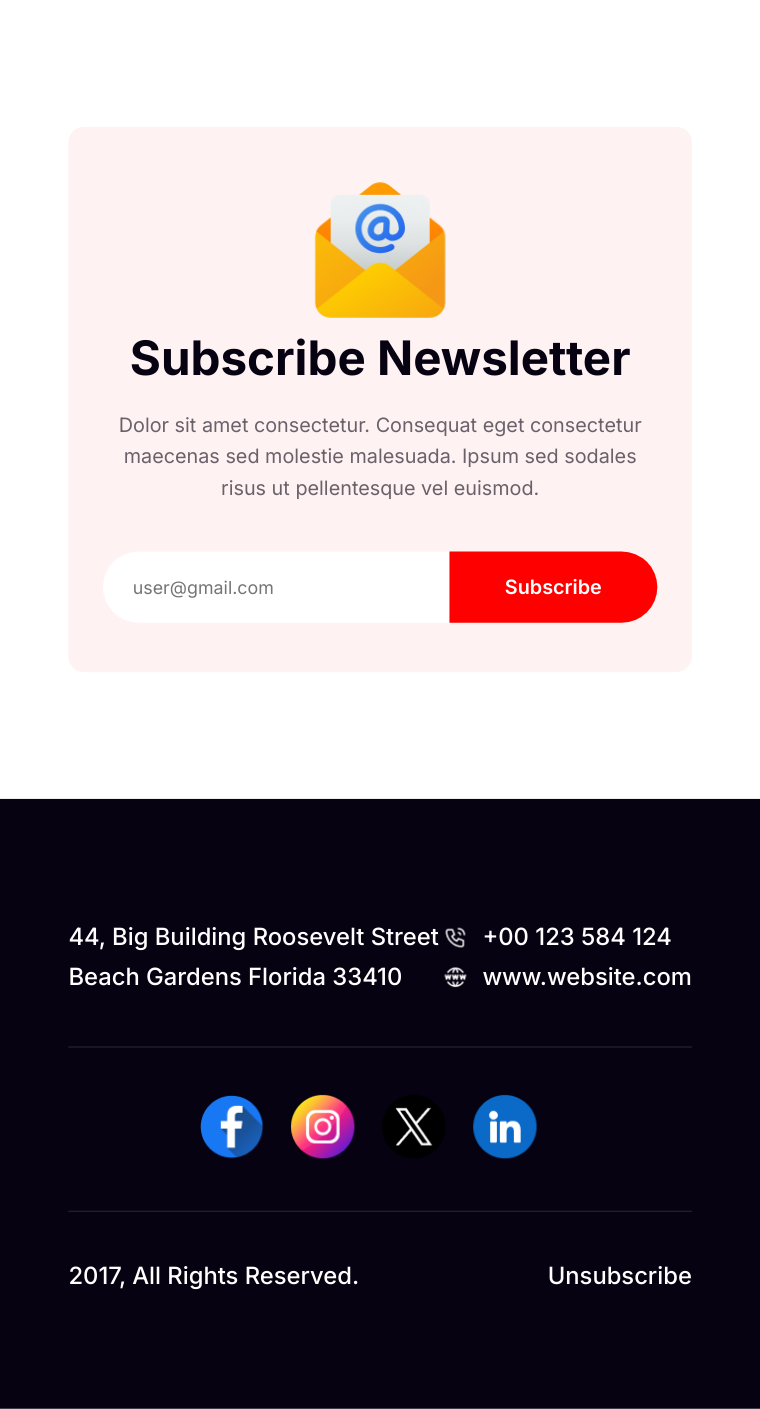
Repository: ShouravAhammed/simple-responsive-new-year
Page: index.html
An editor plug-in stored every save of this project. The page is shown before and after the next save, followed by the edit.
The browser window is 768 px wide. The pictures show the whole page, at 99% of full size.

Above is the page before, as saved 2024-01-11 17:57:37.

### index.html
<!DOCTYPE html>
<html lang="en">
<head>
    <meta charset="UTF-8">
    <meta name="viewport" content="width=device-width, initial-scale=1.0">
    <!-- Title  -->
    <title>New Year 2024</title>
    <!-- favicon icon linked -->
    <link rel="shortcut icon" href="images/New Year Photo.png" type="image/x-icon">
    <!-- style css linked-->
    <link rel="stylesheet" href="Style/style.css">
</head>
<body>
    <!-- header part  -->
    <header class="hide">
        <!-- banner section part -->
        <section id="banner">
            <div class="container">
                <div class="banner-container">
                    <div class="banner-content">
                        <h3 class="celebration">Happy New Year</h3>
                        <h2 class="banner-title">New Year Party Celebration</h2>
                    </div>
                </div>
            </div>
        </section>
    </header>
    <!-- main part -->
    <main>
        <!-- categories section part  -->
            <section id="categories hide" class="hide">
                <div class="container">
                    <div class="categories-container">
                        <h2 class="categories-discount">65% OFF</h2>
                        <p class="primary-summery">OUR HOLIDAY DEALS ARE BETTER</p>
                        <h3 class="categories-title">ALL CATEGORIES</h3>
                        <div class="categories-img">
                            <img id="new-year-img" src="images/New Year Photo.png" alt="Happy New Year">
                        </div>
                    </div>
                </div>
            </section>

            <!-- party-banner section part -->
            <section id="party-banner" class="hide">
                <div class="container">
                    <div class="party-container">
                        <div class="party-content">
                            <h2 class="party-title">Welcome to midnight party</h2>
                            <p class="party-description">Dolor sit amet consectetur. Consequat eget consectetur maecenas sed molestie malesuada. Ipsum sed sodales risus ut pellentesque vel euismod. </p>
                            <button id="join-now-btn">JOIN NOW</button>
                        </div>
                        <img class="party-img" src="images/icon/Group 70.png" alt="party-img">
                    </div>
                </div>
            </section>
            <!-- Announce section part -->
            <section id="announce" class="hide">
                <div class="container">
                    <div class="announce-content">
                        <h4 class="announce-title"><span class="title-color">Place:</span> New Park Hotel</h4>
                        <h4 class="announce-title"><span class="title-color">Date:</span> 31 December Night 2023</h4>
                        <h4 class="announce-title"><span class="title-color">Time:</span> Evening 7.30 pm to 12.30 am</h4>
                        <button class="announce-btn">Join Now</button>
                    </div>
                </div>
            </section>
            <!-- best offer section part -->
            <section id="best-offer" class="hide">
                <div class="container">
                    <div class="best-offer-container">
                        <div class="best-offer-content">
                            <p class="primary-summery">NEW BEST OFFER</p>
                            <h3 class="similer-title">Coming Soon</h3>
                            <p class="similer-description">Dolor sit amet consectetur. Consequat eget consectetur maecenas sed molestie malesuada. Ipsum sed sodales risus ut pellentesque vel euismod. </p>
                        </div>
                        <div class="best-offer-img-content">

                                <img class="best-offer-img" src="images/Ellipse 1.png" alt="best-offer-images">

                        </div>
                        <div class="best-offer-year-content">
                            <h3 class="best-offer-year">2024</h3>
                            <p class="best-offer-description">Dolor sit amet consectetur. Consequat eget consectetur maecenas sed.</p>
                            <img class="best-offer-year-img" src="images/icon/Group 96.png" alt="best-offer-year-img">
                        </div>
                    </div>
                </div>
            </section>
            <!-- holiday section part  -->
            <section id="holiday" class="hide">
                <div class="container">
                    <div class="holiday-container">
                        <div class="holiday-content">
                            <p class="primary-summery">WHAT IS FUNCTIONAL</p>
                        <h3 class="similer-title"><span class="title-color">Holidays</span> Sale 50%</h3>
                        <p class="similer-description">Dolor sit amet consectetur. Consequat eget consectetur maecenas sed molestie malesuada. Ipsum sed
                            sodales risus ut pellentesque vel euismod. Eleifend nunc purus quam id
                            fermentum amet amet sit consectetur.</p>
                        </div>
                        <div class="holiday-back-img">
                            <div class="holiday-gift-content">
                                <img src="images/icon/Group 75.png" alt="">
                            </div>
                            <div class="holiday-discount-content">
                                <img src="images/icon/Group 44.png" alt="">
                            </div>
                        </div>
                        <div class="holiday-bottom">
                            <img src="images/Rectangle 2.png" alt="">
                        </div>
                    </div>
                </div>
            </section>
            <!-- Portfolio section part -->

            <section id="portfolio" class="hide">
                <div class="container">
                    <div class="portfolio-container">
                        <div class="portfolio-box">
                            <p class="primary-summery">THE BEST GIFTS</p>
                            <h3 class="similer-title">Our Awesome Portfolio</h3>
                            <p class="similer-description description-padd">Dolor sit amet consectetur. Consequat eget consectetur maecenas sed molestie malesuada. Ipsum sed sodales risus ut pellentesque vel euismod. </p>
                        </div>
                            <div class="portfolio-content">
                                <img class="portfolio-img" src="images/Portfolio images/Rectangle 3.png" alt="">
                                <img class="portfolio-img" src="images/Portfolio images/Rectangle 4.png" alt="">
                                <img class="portfolio-img" src="images/Portfolio images/Rectangle 5.png" alt="">
                            </div>
                            <div class="portfolio-content">
                                <img class="portfolio-img" src="images/Portfolio images/Rectangle 6.png" alt="">
                                <img class="portfolio-img" src="images/Portfolio images/Rectangle 7.png" alt="">
                                <img class="portfolio-img" src="images/Portfolio images/Rectangle 8.png" alt="">
                            </div>
                        </div>
                    </div>
            </section>
            <!-- newsletter section part -->
            <section id="newsletter">
                <div class="container">
                    <div class="news-container">
                        <div class="news-content">
                            <img src="images/icon/Group 61.png" alt="">
                            <h3 class="similer-title">Subscribe Newsletter</h3>
                            <p class="similer-description description-mar">Dolor sit amet consectetur. Consequat eget consectetur maecenas sed molestie malesuada. Ipsum sed sodales risus ut pellentesque vel euismod. </p>
                            <form class="form" action="">
                                <input type="email" placeholder="user@gmail.com" alt="email" id="">
                                <button class="subscribe-btn">Subscribe</button>
                            </form>
                        </div>

                    </div>
                </div>
            </section>
    </main>
    <!--  footer part -->
    <footer>
        <section id="footer">
            <div class="container">
                <div class="footer-describe-part line-color">
                    <div class="footer-address">
                        <p class="address-similer">44, Big Building Roosevelt Street</p>
                        <p class="address-similer">Beach Gardens Florida 33410</p>
                    </div>
                    <div class="footer-address">
                        <div class="call-icon">
                            <img src="images/icon/Call.png" alt="">
                            <a class="address-similer">+00 123 584 124</a>
                        </div>
                        <div class="website-icon">
                            <img src="images/icon/Website.png" alt="">
                            <a class="address-similer">www.website.com</a>
                        </div>
                    </div>
                </div>

                <div class="footer-social line-color">
                    <a href=""><img src="images/icon/Facebook.png" alt=""></a>
                    <a href=""><img src="images/icon/Instagram.png" alt=""></a>
                    <a href=""><img src="images/icon/Twitter.png" alt=""></a>
                    <a href=""><img src="images/icon/Linkedin.png" alt=""></a>
                </div>

                <div class="reserved">
                    <p>2017, All Rights Reserved.</p>
                    <p>Unsubscribe</p>
                </div>
            </div>
        </section>
    </footer>
</body>
</html>

### Style/style.css
/* import google fonts */
@import url('https://fonts.googleapis.com/css2?family=Inter:wght@100;200;300;400;500;600;700;800;900&family=Merriweather:ital,wght@0,300;0,400;0,700;0,900;1,300;1,400;1,700;1,900&display=swap');

*{
    margin: 0;
    padding: 0;
    outline: 0;
}

.container{
    width: 82%;
    margin: 0 auto;
}
/* primary content */
.primary-summery{
    font-family: Inter;
    font-size: 24px;
    font-style: normal;
    font-weight: 500;
    color: #F00;
    line-height: normal;
}
/* title-color */
.title-color{
    color: #F00;
}
/* banner section related css style */
#banner{
    margin-top: 30px;
}
.banner-container{
    background-image: linear-gradient(180deg, #070211 0%, rgba(7, 2, 17, 0.00) 100%), url(../images/Banner\ Image.png);
    background-size: cover;
    background-repeat: no-repeat;
    background-position: center;
    border-radius: 16px;
    padding: 177px 0px;
}
.banner-container .banner-content{
    width: 632px;
    margin: 0 auto;
}
.banner-container .banner-content .celebration{
    color: #FFF;
    text-align: center;
    font-family: Merriweather;
    font-size: 32px;
    font-style: normal;
    font-weight: 400;
    line-height: normal;
    margin-bottom: 16px;
    z-index: 99;
}
.banner-container .banner-content .banner-title{
    color: #FFF;
    text-align: center;
    font-family: Merriweather;
    font-size: 72px;
    font-style: normal;
    font-weight: 900;
    line-height: 95px;
}
/* categories section related css style */

#categories{
    margin: 120px 0px;
}
.categories-container{
    text-align: center;
}
.categories-container .categories-discount{
    font-family: Inter;
    font-size: 88px;
    font-style: normal;
    font-weight: 700;
    color: #F00;
    line-height: normal;
    margin-bottom: 48px;
}

.categories-title{
    font-family: Inter;
    font-size: 48px;
    font-style: normal;
    font-weight: 700;
    color: #070211;
    line-height: normal;
    margin-bottom: 48px;
}
.categories-container .categories-img{
    width: 800px;
    margin: 0 auto;
}
.categories-img #new-year-img{
    max-width: 100%;
}

/* party-banner section css style  */
#party-banner{

}
.party-container{
    background-image: linear-gradient(90deg, #070211 0%, rgba(7, 2, 17, 0.00) 100%), url(../images/Vectorrr.png);
    background-position: center;
    background-repeat: no-repeat;
    background-size: cover;
    display: flex;
    align-items: center;
    justify-content: space-between;
    border-radius: 16px;
    padding: 70px 70px;
}
.party-container .party-content{
    width: 900px;
}
.party-content .party-title{
    font-family: Merriweather;
    font-size: 64px;
    font-style: normal;
    font-weight: 900;
    color: #FFF;
    line-height: 88px;
    letter-spacing: 3px;
}
.party-content .party-description{
    font-family: Inter;
    font-size: 18px;
    font-style: normal;
    font-weight: 400;
    color: rgba(255, 255, 255, 0.80);
    line-height: 30px;
    margin-top: 20px;
}
#join-now-btn{
    font-family: Inter;
    font-size: 20px;
    font-style: normal;
    font-weight: 700;
    color: #FFF;
    background: transparent;
    line-height: normal;
    text-transform: uppercase;
    border: none;
    cursor: pointer;
    margin-top: 48px;
    margin-left: 32px;
}
.party-container .party-img{
    width: 270px;
    max-width: 100%;
}

/* Announce section css style */

#announce{
    margin: 120px 0px;
}
.announce-content{
    background: linear-gradient(180deg, rgba(255, 0, 0, 0.10) 0%, rgba(255, 0, 0, 0.00) 100%);
    padding: 100px 0;
    text-align: center;
}
.announce-content .announce-title{
    color: #070211;
    font-family: Inter;
    font-size: 32px;
    font-style: normal;
    font-weight: 600;
    line-height: 56px;
    text-transform: capitalize;
}
.announce-btn{
    font-family: Inter;
    font-size: 20px;
    font-style: normal;
    font-weight: 700;
    line-height: normal;
    color: #FFF;
    text-align: center;
    text-transform: uppercase;
    border-radius: 8px;
    background: #F00;
    padding: 16px 32px;
    border: none;
    cursor: pointer;
    transition: all ease 0.5s;
    margin-top: 48px;
}
.announce-btn:hover{
    background: #fff;
    color: #f00;
    outline: 1px solid #F00;
}
/* best-offer section style css */
#best-offer{
    margin-bottom: 128px;
}
.similer-title{
    font-family: Inter;
    font-size: 48px;
    font-style: normal;
    font-weight: 700;
    color: #070211;
    line-height: normal;
}
.similer-description{
    font-family: Inter;
    font-size: 20px;
    font-style: normal;
    font-weight: 400;
    color: rgba(7, 2, 17, 0.60);
    line-height: 32px;
    margin-top: 22px;
}
.best-offer-container{
    display: flex;
    align-items: center;
    gap: 20px;
}
.best-offer-content{
    width: 700px;
}
.best-offer-img-content{
    min-height: 350px;
    min-width: 350px;
    border: 15px solid #f00;
    border-radius: 50%;
    position: relative;
    position: relative;
}
.best-offer-img-content .best-offer-img{
    position: absolute;
    width: 270px;
    inset: 41px;
}
.best-offer-year-content .best-offer-year{
    font-family: Inter;
    font-size: 48px;
    font-style: normal;
    font-weight: 700;
    color: #F00;
    line-height: normal;
    margin-top: 65px;
}
.best-offer-year-content .best-offer-description{
    margin-top: 10px !important;

}
.best-offer-year-content{
    width: 500px;
}
.best-offer-year-content .best-offer-year-img{
    max-width: 140px;
    margin-top: 38px;
}


/*  portfolio section css style */
.portfolio-container{

}
.portfolio-container .description-padd{
    margin-bottom: 48px ;
}
.portfolio-container .portfolio-content{
    display: flex;
    align-items: center;
    justify-content: space-between;
    margin-top: 20px;
}
.portfolio-box{
    width: 896px;
}
.portfolio-container .portfolio-content .portfolio-img{
    max-width: 355px;
    transition: all ease 0.5s;
}
.portfolio-content .portfolio-img:hover{
    filter: grayscale(1);
    transform: scale(1.05);
}
/* newsletter section css style  */
#newsletter{
    margin: 128px 0px;
}
.news-container{
    border-radius: 16px;
    background: rgba(255, 0, 0, 0.05);
    padding: 80px 0px;
}
.news-content{
    width: 896px;
    margin: 0 auto;
    text-align: center;
}
.news-content img{
    width: 150px;
    height: 150px;
}
.form{
    width: 648px;
    height: 72px;
    display: flex;
    margin: 0 auto;
}
.form input{
    background: #fff;
    width: 438px;
    flex-grow: 1;
    color: rgba(7, 2, 17, 0.30);
    font-family: Inter;
    font-size: 18px;
    font-style: normal;
    font-weight: 400;
    line-height: normal;
    padding-top: 25px;
    padding-bottom: 25px;
    padding-left: 30px;
    border: none;
    border-radius: 50px 0px 0px 50px;
    outline: 1px transparent;
    transition: all ease 0.5s;
}
.form input:hover{
    outline: 1px solid #f00;
}
.form .subscribe-btn{
    color: #FFF;
    font-family: Inter;
    font-size: 20px;
    font-style: normal;
    font-weight: 600;
    line-height: normal;
    text-transform: capitalize;
    border-radius: 0px 50px 50px 0px;
    background: #F00;
    padding: 24px 56px;
    border: none;
    transition: all ease 0.5s;
}
.form .subscribe-btn:hover{
    outline: 1px solid #f00;
    background: #fff;
    color: #f00;
}
.description-mar{
    margin-bottom: 48px;
}
/* footer section part css style */

#footer{
    background: #070211;
    padding: 120px 0;
}
.line-color{
    border-bottom: 1px solid rgba(255, 255, 255, 0.15);
}
.footer-describe-part{
    display: flex;
    justify-content: space-between;
}
.footer-address{
    margin-bottom: 50px;
}
.footer-address .address-similer {
    color: #FFF;
    font-family: Inter;
    font-size: 24px;
    font-style: normal;
    font-weight: 500;
    line-height: 40px;
    text-decoration: none;
    cursor: pointer;
}
.call-icon, .website-icon{
    display: flex;
    align-items: center;
}
.call-icon img, .website-icon img{
    width: 24px;
    margin-right: 15px;
}

.footer-social{
    text-align: center;
    padding: 48px 0;
}
.footer-social a{
    width: 64px;
    margin-right: 24px;
}
.footer-social a:hover{
    filter: grayscale(1);
}

.reserved{
    display: flex;
    justify-content: space-between;
    align-items: center;
    margin-top: 50px;
}
.reserved p{
    color: #FFF;
    font-family: Inter;
    font-size: 24px;
    font-style: normal;
    font-weight: 500;
    line-height: normal;
}



/* holiday section css style */
#holiday{
    margin-bottom: 128px;
}
.holiday-container{
    text-align: center;
}
.holiday-container .holiday-content{
    width: 920px;
    margin: 0 auto;
}
.holiday-back-img{
    display: flex;
    align-items: center;
    margin-top: 48px;
    background-image: url(../images/Rectangle\ 1.png);
    background-repeat: no-repeat;
    background-size: contain;
    height: 60vh;
    background-position: bottom right;
}
.holiday-back-img .holiday-gift-content {
    width: 600px;
    position: relative;
    bottom: -110px;
    left: 50px;
}
.holiday-back-img .holiday-gift-content img{
    max-width: 100%;
}
.holiday-back-img .holiday-discount-content{
    width: 250px;
}
.holiday-back-img .holiday-discount-content img{
    max-width: 100%;
}
.holiday-bottom img{
    width: 100%;
}


/* responsive */
.hide{
    display: none;
}
@media screen and (max-width: 576px){
    .similer-description {
        padding: 0px 10px;
    }
    .news-content, .portfolio-box, .form, .form input {
        width:  100%;
    }
    .form .subscribe-btn {
        padding: 24px 20px;
    }
    .best-offer-container, .best-offer-container, .portfolio-container .portfolio-content, .footer-describe-part {
        flex-direction: column;
    }
    .footer-social a {
        margin-right: 10px;
    }
    .reserved {
        margin-top: 50px;
        flex-direction: column;
    }
    .portfolio-container .portfolio-content .portfolio-img {
        width: 100%;
    }
    .portfolio-container .portfolio-content {
        gap: 20px;
    }
    .holiday-container .holiday-content {
        width: 100%;
    }
    .holiday-back-img {
        height: 38vh;
    }
    .best-offer-content, .best-offer-year-content {
        width: 100%;
    }
    .announce-content {
        padding: 40px 0;
    }
    .announce-content .announce-title {
        font-size: 18px;
        font-weight: 600;
    }
    .party-container .party-content {
        width: 100%;
    }
    .party-container {
        flex-direction: column;
        padding: 30px 15px;
    }
    .party-container {
        background-position: 85%;
    }
    .party-content .party-title {
        font-size: 32px;
        line-height: 45px;
    }
    #join-now-btn {
        margin-top: 20px;
    }
    .party-container .party-img {
        width: 50%;
        margin-top: 40px;
    }


    .primary-summery {
        font-size: 20px;
    }
    .categories-title {
        font-size: 39px;
    }
    .categories-container .categories-discount {
        font-size: 56px;
        margin-bottom: 12px;
    }
    .categories-container .categories-img {
        width: 100%;
    }
    .categories-img #new-year-img {
        width: 100%;
    }
    .banner-container .banner-content {
        width: 100%;
    }
    .banner-container {
        background-position: 13%;
        border-radius: 16px;
        padding: 120px 0px;
    }
    .banner-container .banner-content .banner-title {
        font-size: 40px;
        line-height: 60px;
    }
}

@media screen and (min-width: 577px) and (max-width: 768px) {
    .news-content, .portfolio-box, .form, .form input {
        width:  100%;
    }
    .holiday-container .holiday-content {
        width: 100%;
    }
    .holiday-container .holiday-content {
        width: 100%;
    }
    .portfolio-container .portfolio-content .portfolio-img {
        width: 100%;
    }
    .best-offer-content, .best-offer-year-content {
        width: 100%;
    }
    .party-container .party-content {
        width: 100%;
    }
    .categories-container .categories-img {
        width: 100%;
    }
    .categories-img #new-year-img {
        width: 100%;
    }
    .banner-container .banner-content {
        width: 100%;
    }
    .news-container {
        border-radius: 16px;
        background: rgba(255, 0, 0, 0.05);
        padding: 50px 35px;
    }
}
@media screen and (min-width: 769px) and (max-width: 992px){
    .news-content, .portfolio-box, .form, .form input {
        width:  100%;
    }
    .holiday-container .holiday-content {
        width: 100%;
    }
    .holiday-container .holiday-content {
        width: 100%;
    }
    .portfolio-container .portfolio-content .portfolio-img {
        width: 100%;
    }
    .best-offer-content, .best-offer-year-content {
        width: 100%;
    }
    .party-container .party-content {
        width: 100%;
    }
    .categories-container .categories-img {
        width: 100%;
    }
    .categories-img #new-year-img {
        width: 100%;
    }
    .banner-container .banner-content {
        width: 100%;
    }
}

After the next save:
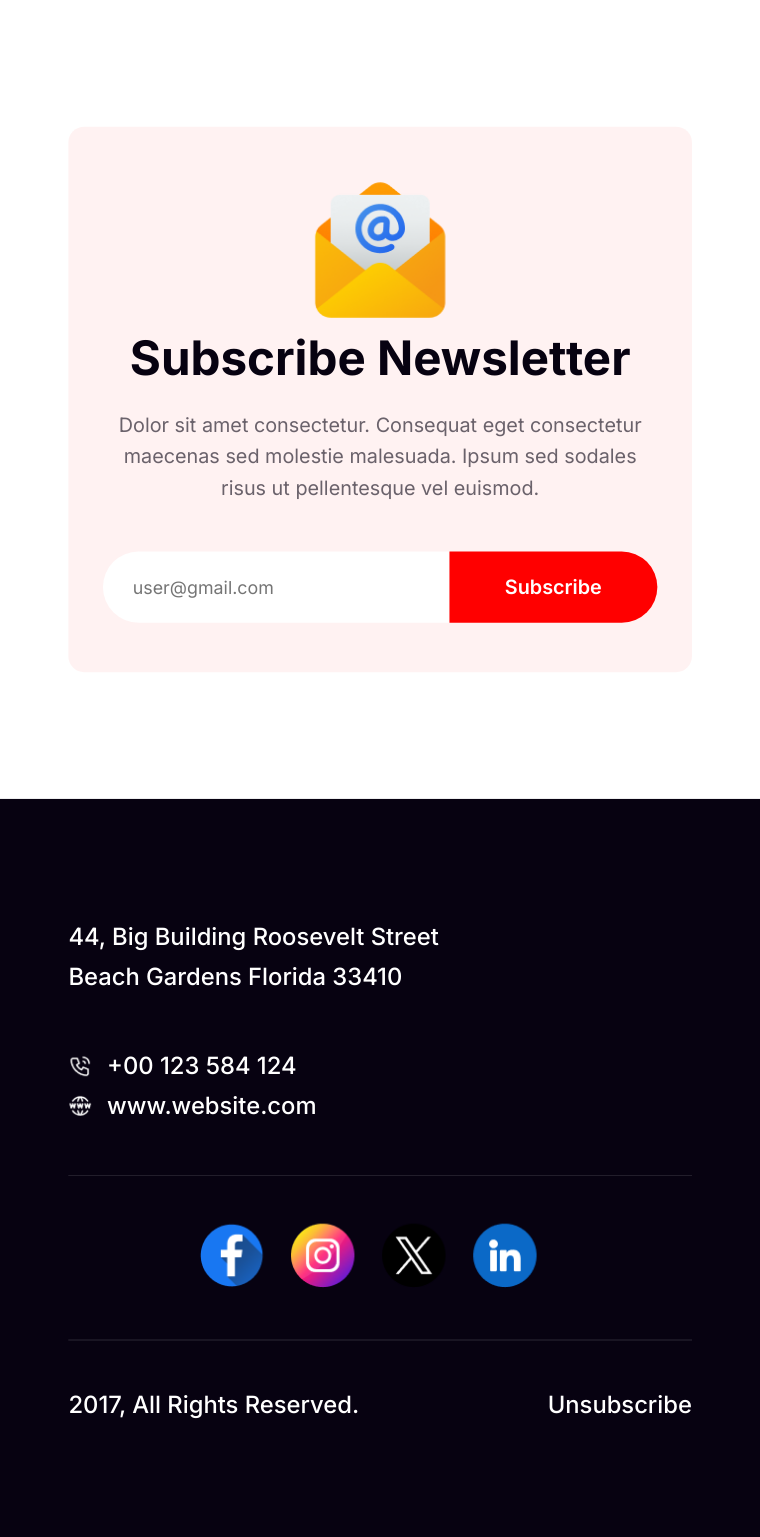
Saved 77 s later.
--- a/Style/style.css
+++ b/Style/style.css
@@ -551,6 +551,7 @@
 }
 
 @media screen and (min-width: 577px) and (max-width: 768px) {
+
     .news-content, .portfolio-box, .form, .form input {
         width:  100%;
     }
@@ -583,6 +584,9 @@
         background: rgba(255, 0, 0, 0.05);
         padding: 50px 35px;
     }
+    .footer-describe-part {
+        flex-direction: column;
+    }
 }
 @media screen and (min-width: 769px) and (max-width: 992px){
     .news-content, .portfolio-box, .form, .form input {
